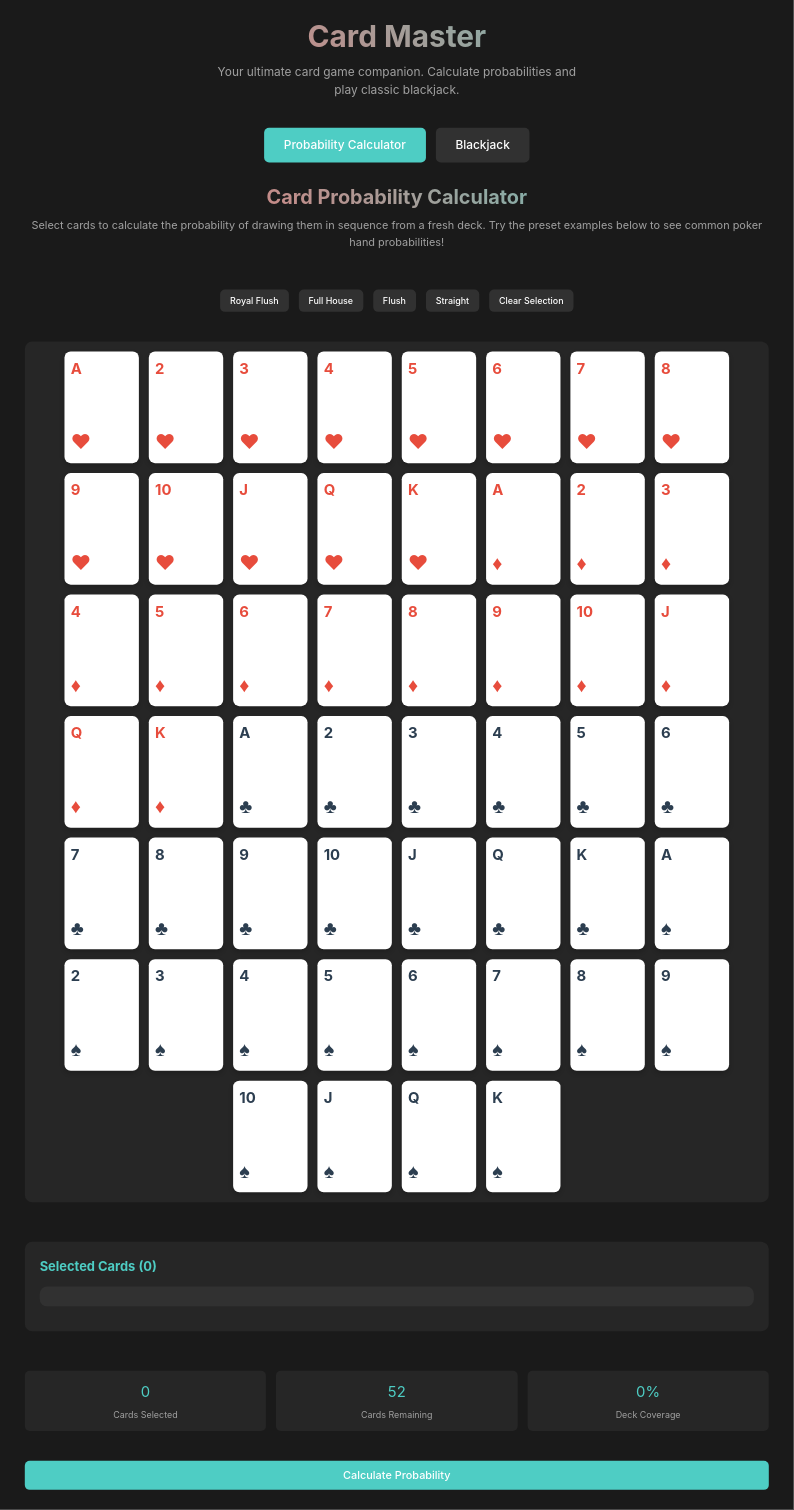
Repository: rohith1125/cards
Page: /
An editor plug-in stored every save of this project. The page is shown before and after the next save, followed by the edit.
The browser window is 1280 px wide. The pictures show the whole page, at 62% of full size.
The project was rebuilt for these pictures with package versions that can differ from the ones it lists, and the page was loaded fresh each time. Also part of the build but not shown: vite.config.ts, src/components/Blackjack.tsx.

Above is the page before, as saved 2025-05-19 20:30:51.

### index.html
<!doctype html>
<html lang="en">
  <head>
    <meta charset="UTF-8" />
    <link rel="icon" type="image/svg+xml" href="/vite.svg" />
    <meta name="viewport" content="width=device-width, initial-scale=1.0" />
    <title>Card Master</title>
  </head>
  <body>
    <div id="root"></div>
    <script type="module" src="/src/main.tsx"></script>
  </body>
</html>

### src/index.css
:root {
  font-family: Inter, system-ui, Avenir, Helvetica, Arial, sans-serif;
  line-height: 1.5;
  font-weight: 400;

  color-scheme: light dark;
  color: rgba(255, 255, 255, 0.87);
  background-color: #242424;

  font-synthesis: none;
  text-rendering: optimizeLegibility;
  -webkit-font-smoothing: antialiased;
  -moz-osx-font-smoothing: grayscale;
}

* {
  margin: 0;
  padding: 0;
  box-sizing: border-box;
}

body {
  margin: 0;
  min-width: 320px;
  min-height: 100vh;
}

#root {
  width: 100%;
  min-height: 100vh;
}

h1 {
  font-size: 3.2em;
  line-height: 1.1;
}

button {
  border-radius: 8px;
  border: 1px solid transparent;
  padding: 0.6em 1.2em;
  font-size: 1em;
  font-weight: 500;
  font-family: inherit;
  background-color: #1a1a1a;
  cursor: pointer;
  transition: border-color 0.25s;
}

button:hover {
  border-color: #646cff;
}

button:focus,
button:focus-visible {
  outline: 4px auto -webkit-focus-ring-color;
}

@media (prefers-color-scheme: light) {
  :root {
    color: #213547;
    background-color: #ffffff;
  }
  button {
    background-color: #f9f9f9;
  }
}

### src/App.tsx
import { useState } from 'react'
import styled from '@emotion/styled'
import { ProbabilityCalculator } from './components/ProbabilityCalculator'
import { Blackjack } from './components/Blackjack'

const Container = styled.div`
  min-height: 100vh;
  background: #1a1a1a;
  color: white;
  padding: 2rem;
`

const Header = styled.header`
  text-align: center;
  margin-bottom: 3rem;
`

const Title = styled.h1`
  font-size: 3rem;
  margin-bottom: 1rem;
  background: linear-gradient(45deg, #ff6b6b, #4ecdc4);
  -webkit-background-clip: text;
  -webkit-text-fill-color: transparent;
`

const Description = styled.p`
  color: #a0a0a0;
  font-size: 1.2rem;
  max-width: 600px;
  margin: 0 auto;
`

const Navigation = styled.nav`
  display: flex;
  justify-content: center;
  gap: 1rem;
  margin-bottom: 2rem;
`

const NavButton = styled.button<{ active: boolean }>`
  padding: 1rem 2rem;
  font-size: 1.2rem;
  border: none;
  border-radius: 8px;
  background: ${props => props.active ? '#4ecdc4' : 'rgba(255, 255, 255, 0.1)'};
  color: white;
  cursor: pointer;
  transition: all 0.3s ease;

  &:hover {
    background: ${props => props.active ? '#45b7af' : 'rgba(255, 255, 255, 0.2)'};
    transform: translateY(-2px);
  }

  &:active {
    transform: translateY(0);
  }
`

function App() {
  const [activePage, setActivePage] = useState<'calculator' | 'blackjack'>('calculator')

  return (
    <Container>
      <Header>
        <Title>Card Master</Title>
        <Description>
          Your ultimate card game companion. Calculate probabilities and play classic blackjack.
        </Description>
      </Header>

      <Navigation>
        <NavButton
          active={activePage === 'calculator'}
          onClick={() => setActivePage('calculator')}
        >
          Probability Calculator
        </NavButton>
        <NavButton
          active={activePage === 'blackjack'}
          onClick={() => setActivePage('blackjack')}
        >
          Blackjack
        </NavButton>
      </Navigation>

      {activePage === 'calculator' ? (
        <ProbabilityCalculator />
      ) : (
        <Blackjack />
      )}
    </Container>
  )
}

export default App

### src/components/ProbabilityCalculator.tsx
import { useState } from 'react'
import styled from '@emotion/styled'
import Card from './Card'
import type { CardData } from '../utils/deck'
import { createDeck, calculateProbability } from '../utils/deck'

const Container = styled.div`
  display: flex;
  flex-direction: column;
  gap: 2rem;
  max-width: 1200px;
  margin: 0 auto;
`

const Header = styled.div`
  text-align: center;
  margin-bottom: 1rem;
`

const Title = styled.h2`
  font-size: 2rem;
  margin-bottom: 0.5rem;
  background: linear-gradient(45deg, #ff6b6b, #4ecdc4);
  -webkit-background-clip: text;
  -webkit-text-fill-color: transparent;
`

const Description = styled.p`
  color: #a0a0a0;
  font-size: 1.1rem;
`

const CardSelection = styled.div`
  display: flex;
  flex-wrap: wrap;
  gap: 1rem;
  margin-bottom: 1rem;
  padding: 1rem;
  background: rgba(255, 255, 255, 0.05);
  border-radius: 12px;
  justify-content: center;
`

const SelectedCardsSection = styled.div`
  background: rgba(255, 255, 255, 0.05);
  padding: 1.5rem;
  border-radius: 12px;
  margin: 1rem 0;
`

const SectionTitle = styled.h3`
  color: #4ecdc4;
  margin-bottom: 1rem;
  font-size: 1.3rem;
`

const Result = styled.div<{ probability: number }>`
  font-size: 1.4rem;
  padding: 1.5rem;
  background: ${props => {
    const prob = props.probability;
    if (prob > 0.1) return 'rgba(46, 213, 115, 0.1)';
    if (prob > 0.01) return 'rgba(255, 171, 0, 0.1)';
    return 'rgba(255, 71, 87, 0.1)';
  }};
  border-radius: 12px;
  text-align: center;
  margin: 1rem 0;
  border: 1px solid ${props => {
    const prob = props.probability;
    if (prob > 0.1) return 'rgba(46, 213, 115, 0.3)';
    if (prob > 0.01) return 'rgba(255, 171, 0, 0.3)';
    return 'rgba(255, 71, 87, 0.3)';
  }};
`

const Button = styled.button`
  padding: 0.8rem 1.5rem;
  border: none;
  border-radius: 8px;
  background: #4ecdc4;
  color: white;
  cursor: pointer;
  transition: all 0.3s ease;
  font-size: 1.1rem;
  font-weight: 500;

  &:hover {
    background: #45b7af;
    transform: translateY(-2px);
  }

  &:active {
    transform: translateY(0);
  }
`

const PresetButtons = styled.div`
  display: flex;
  gap: 1rem;
  flex-wrap: wrap;
  margin: 1rem 0;
  justify-content: center;
`

const PresetButton = styled(Button)`
  background: rgba(255, 255, 255, 0.1);
  font-size: 0.9rem;
  padding: 0.6rem 1rem;

  &:hover {
    background: rgba(255, 255, 255, 0.2);
  }
`

const Stats = styled.div`
  display: grid;
  grid-template-columns: repeat(auto-fit, minmax(200px, 1fr));
  gap: 1rem;
  margin: 1rem 0;
`

const StatCard = styled.div`
  background: rgba(255, 255, 255, 0.05);
  padding: 1rem;
  border-radius: 8px;
  text-align: center;
`

const StatValue = styled.div`
  font-size: 1.5rem;
  color: #4ecdc4;
  margin-bottom: 0.5rem;
`

const StatLabel = styled.div`
  color: #a0a0a0;
  font-size: 0.9rem;
`

export const ProbabilityCalculator = () => {
  const [selectedCards, setSelectedCards] = useState<CardData[]>([])
  const [probability, setProbability] = useState<number | null>(null)
  const deck = createDeck()

  const handleCardClick = (card: CardData) => {
    if (selectedCards.some(c => c.suit === card.suit && c.value === card.value)) {
      setSelectedCards(selectedCards.filter(c => !(c.suit === card.suit && c.value === card.value)))
    } else {
      setSelectedCards([...selectedCards, card])
    }
  }

  const calculate = () => {
    const prob = calculateProbability(deck, selectedCards)
    setProbability(prob)
  }

  const clearSelection = () => {
    setSelectedCards([])
    setProbability(null)
  }

  const selectRoyalFlush = () => {
    const royalFlush = deck.filter(card =>
      card.suit === 'spades' &&
      ['A', 'K', 'Q', 'J', '10'].includes(card.value)
    )
    setSelectedCards(royalFlush)
  }

  const selectFullHouse = () => {
    const threeOfAKind = deck.filter(card => card.value === 'A').slice(0, 3)
    const pair = deck.filter(card => card.value === 'K').slice(0, 2)
    setSelectedCards([...threeOfAKind, ...pair])
  }

  const selectFlush = () => {
    const flush = deck.filter(card => card.suit === 'hearts').slice(0, 5)
    setSelectedCards(flush)
  }

  const selectStraight = () => {
    const straight = deck.filter(card =>
      ['A', 'K', 'Q', 'J', '10'].includes(card.value)
    ).slice(0, 5)
    setSelectedCards(straight)
  }

  return (
    <Container>
      <Header>
        <Title>Card Probability Calculator</Title>
        <Description>
          Select cards to calculate the probability of drawing them in sequence from a fresh deck.
          Try the preset examples below to see common poker hand probabilities!
        </Description>
      </Header>

      <PresetButtons>
        <PresetButton onClick={selectRoyalFlush}>Royal Flush</PresetButton>
        <PresetButton onClick={selectFullHouse}>Full House</PresetButton>
        <PresetButton onClick={selectFlush}>Flush</PresetButton>
        <PresetButton onClick={selectStraight}>Straight</PresetButton>
        <PresetButton onClick={clearSelection}>Clear Selection</PresetButton>
      </PresetButtons>

      <CardSelection>
        {deck.map((card, index) => (
          <Card
            key={`${card.suit}-${card.value}-${index}`}
            suit={card.suit}
            value={card.value}
            onClick={() => handleCardClick(card)}
          />
        ))}
      </CardSelection>

      <SelectedCardsSection>
        <SectionTitle>Selected Cards ({selectedCards.length})</SectionTitle>
        <CardSelection>
          {selectedCards.map((card, index) => (
            <Card
              key={`selected-${card.suit}-${card.value}-${index}`}
              suit={card.suit}
              value={card.value}
            />
          ))}
        </CardSelection>
      </SelectedCardsSection>

      <Stats>
        <StatCard>
          <StatValue>{selectedCards.length}</StatValue>
          <StatLabel>Cards Selected</StatLabel>
        </StatCard>
        <StatCard>
          <StatValue>{52 - selectedCards.length}</StatValue>
          <StatLabel>Cards Remaining</StatLabel>
        </StatCard>
        <StatCard>
          <StatValue>
            {selectedCards.length > 0
              ? ((selectedCards.length / 52) * 100).toFixed(1)
              : '0'}%
          </StatValue>
          <StatLabel>Deck Coverage</StatLabel>
        </StatCard>
      </Stats>

      <Button onClick={calculate}>Calculate Probability</Button>

      {probability !== null && (
        <Result probability={probability}>
          <div>Probability of drawing these cards:</div>
          <div style={{ fontSize: '2rem', marginTop: '0.5rem' }}>
            {(probability * 100).toFixed(8)}%
          </div>
          <div style={{ fontSize: '1rem', marginTop: '0.5rem', color: '#a0a0a0' }}>
            1 in {Math.round(1 / probability).toLocaleString()} chance
          </div>
        </Result>
      )}
    </Container>
  )
}

### src/components/Card.tsx
import styled from '@emotion/styled'
import { motion } from 'framer-motion'

export type Suit = 'hearts' | 'diamonds' | 'clubs' | 'spades'
export type Value = 'A' | '2' | '3' | '4' | '5' | '6' | '7' | '8' | '9' | '10' | 'J' | 'Q' | 'K'

export interface CardProps {
  suit: Suit
  value: Value
  faceUp?: boolean
  onClick?: () => void
}

const CardContainer = styled(motion.div)<{ faceUp: boolean }>`
  width: 120px;
  height: 180px;
  background: ${props => props.faceUp ? 'white' : '#2c3e50'};
  border-radius: 10px;
  padding: 10px;
  box-shadow: 0 4px 8px rgba(0, 0, 0, 0.2);
  cursor: pointer;
  position: relative;
  display: flex;
  flex-direction: column;
  justify-content: space-between;
  user-select: none;
`

const CardValue = styled.div<{ suit: Suit }>`
  font-size: 1.5rem;
  font-weight: bold;
  color: ${props => props.suit === 'hearts' || props.suit === 'diamonds' ? '#e74c3c' : '#2c3e50'};
`

const CardSuit = styled.div<{ suit: Suit }>`
  font-size: 2rem;
  color: ${props => props.suit === 'hearts' || props.suit === 'diamonds' ? '#e74c3c' : '#2c3e50'};
`

const getSuitSymbol = (suit: Suit): string => {
  switch (suit) {
    case 'hearts': return '♥'
    case 'diamonds': return '♦'
    case 'clubs': return '♣'
    case 'spades': return '♠'
  }
}

const Card = ({ suit, value, faceUp = true, onClick }: CardProps) => {
  return (
    <CardContainer
      faceUp={faceUp}
      onClick={onClick}
      whileHover={{ scale: 1.05 }}
      whileTap={{ scale: 0.95 }}
    >
      {faceUp ? (
        <>
          <CardValue suit={suit}>{value}</CardValue>
          <CardSuit suit={suit}>{getSuitSymbol(suit)}</CardSuit>
        </>
      ) : (
        <div style={{
          background: 'linear-gradient(45deg, #2c3e50, #34495e)',
          width: '100%',
          height: '100%',
          borderRadius: '5px'
        }} />
      )}
    </CardContainer>
  )
}

export default Card

### src/utils/deck.ts
import type { Suit, Value } from '../components/Card'

// Card data interface for representing a playing card
export type CardData = {
  suit: Suit
  value: Value
}

const SUITS: Suit[] = ['hearts', 'diamonds', 'clubs', 'spades']
const VALUES: Value[] = ['A', '2', '3', '4', '5', '6', '7', '8', '9', '10', 'J', 'Q', 'K']

export const createDeck = (): CardData[] => {
  const deck: CardData[] = []
  for (const suit of SUITS) {
    for (const value of VALUES) {
      deck.push({ suit, value })
    }
  }
  return deck
}

export const shuffleDeck = (deck: CardData[]): CardData[] => {
  const shuffled = [...deck]
  for (let i = shuffled.length - 1; i > 0; i--) {
    const j = Math.floor(Math.random() * (i + 1))
    ;[shuffled[i], shuffled[j]] = [shuffled[j], shuffled[i]]
  }
  return shuffled
}

export const dealCards = (deck: CardData[], numPlayers: number, cardsPerPlayer: number): CardData[][] => {
  const hands: CardData[][] = Array(numPlayers).fill(null).map(() => [])
  const shuffledDeck = shuffleDeck(deck)

  for (let i = 0; i < cardsPerPlayer; i++) {
    for (let j = 0; j < numPlayers; j++) {
      if (shuffledDeck.length > 0) {
        hands[j].push(shuffledDeck.pop()!)
      }
    }
  }

  return hands
}

export const calculateProbability = (deck: CardData[], targetCards: CardData[]): number => {
  const remainingCards = deck.length
  const targetCount = targetCards.length

  if (targetCount > remainingCards) return 0

  let probability = 1
  for (let i = 0; i < targetCount; i++) {
    probability *= (targetCount - i) / (remainingCards - i)
  }

  return probability
}

Loaded but not shown: src/main.tsx (common file)

After the next save:
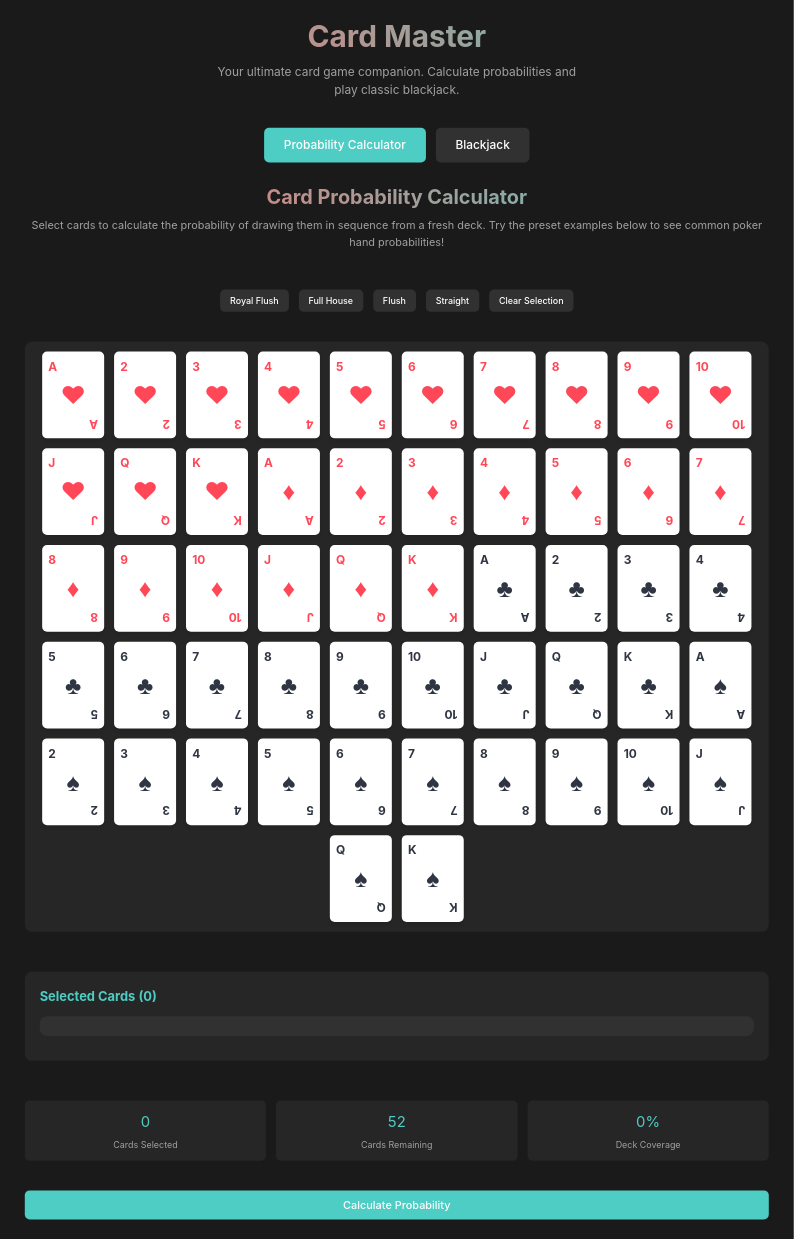
Saved 14 s later.
--- a/src/components/Card.tsx
+++ b/src/components/Card.tsx
@@ -1,5 +1,4 @@
 import styled from '@emotion/styled'
-import { motion } from 'framer-motion'
 
 export type Suit = 'hearts' | 'diamonds' | 'clubs' | 'spades'
 export type Value = 'A' | '2' | '3' | '4' | '5' | '6' | '7' | '8' | '9' | '10' | 'J' | 'Q' | 'K'
@@ -7,66 +6,79 @@ export type Value = 'A' | '2' | '3' | '4' | '5' | '6' | '7' | '8' | '9' | '10' |
 export interface CardProps {
   suit: Suit
   value: Value
-  faceUp?: boolean
   onClick?: () => void
+  hidden?: boolean
 }
 
-const CardContainer = styled(motion.div)<{ faceUp: boolean }>`
-  width: 120px;
-  height: 180px;
-  background: ${props => props.faceUp ? 'white' : '#2c3e50'};
-  border-radius: 10px;
+const CardContainer = styled.div<{ suit: Suit; hidden?: boolean }>`
+  width: 100px;
+  height: 140px;
+  background: ${props => props.hidden ? '#2a2a2a' : 'white'};
+  border-radius: 8px;
   padding: 10px;
-  box-shadow: 0 4px 8px rgba(0, 0, 0, 0.2);
-  cursor: pointer;
-  position: relative;
   display: flex;
   flex-direction: column;
   justify-content: space-between;
-  user-select: none;
+  color: ${props => {
+    if (props.hidden) return 'transparent';
+    return props.suit === 'hearts' || props.suit === 'diamonds' ? '#ff4757' : '#2f3542';
+  }};
+  cursor: ${props => props.onClick ? 'pointer' : 'default'};
+  transition: transform 0.2s ease;
+  box-shadow: 0 4px 6px rgba(0, 0, 0, 0.1);
+  position: relative;
+  overflow: hidden;
+
+  &:hover {
+    transform: ${props => props.onClick ? 'translateY(-5px)' : 'none'};
+  }
+
+  &::before {
+    content: '';
+    position: absolute;
+    top: 0;
+    left: 0;
+    right: 0;
+    bottom: 0;
+    background: ${props => props.hidden ? 'repeating-linear-gradient(45deg, #2a2a2a, #2a2a2a 10px, #333 10px, #333 20px)' : 'none'};
+    border-radius: 8px;
+  }
 `
 
-const CardValue = styled.div<{ suit: Suit }>`
-  font-size: 1.5rem;
+const TopValue = styled.div`
+  font-size: 1.2rem;
   font-weight: bold;
-  color: ${props => props.suit === 'hearts' || props.suit === 'diamonds' ? '#e74c3c' : '#2c3e50'};
 `
 
-const CardSuit = styled.div<{ suit: Suit }>`
-  font-size: 2rem;
-  color: ${props => props.suit === 'hearts' || props.suit === 'diamonds' ? '#e74c3c' : '#2c3e50'};
+const CenterSuit = styled.div`
+  font-size: 2.5rem;
+  display: flex;
+  justify-content: center;
+  align-items: center;
+  flex-grow: 1;
 `
 
-const getSuitSymbol = (suit: Suit): string => {
-  switch (suit) {
-    case 'hearts': return '♥'
-    case 'diamonds': return '♦'
-    case 'clubs': return '♣'
-    case 'spades': return '♠'
+const BottomValue = styled.div`
+  font-size: 1.2rem;
+  font-weight: bold;
+  transform: rotate(180deg);
+`
+
+const Card = ({ suit, value, onClick, hidden }: CardProps) => {
+  const getSuitSymbol = (suit: Suit) => {
+    switch (suit) {
+      case 'hearts': return '♥'
+      case 'diamonds': return '♦'
+      case 'clubs': return '♣'
+      case 'spades': return '♠'
+    }
   }
-}
 
-const Card = ({ suit, value, faceUp = true, onClick }: CardProps) => {
   return (
-    <CardContainer
-      faceUp={faceUp}
-      onClick={onClick}
-      whileHover={{ scale: 1.05 }}
-      whileTap={{ scale: 0.95 }}
-    >
-      {faceUp ? (
-        <>
-          <CardValue suit={suit}>{value}</CardValue>
-          <CardSuit suit={suit}>{getSuitSymbol(suit)}</CardSuit>
-        </>
-      ) : (
-        <div style={{
-          background: 'linear-gradient(45deg, #2c3e50, #34495e)',
-          width: '100%',
-          height: '100%',
-          borderRadius: '5px'
-        }} />
-      )}
+    <CardContainer suit={suit} onClick={onClick} hidden={hidden}>
+      <TopValue>{hidden ? '?' : value}</TopValue>
+      <CenterSuit>{hidden ? '?' : getSuitSymbol(suit)}</CenterSuit>
+      <BottomValue>{hidden ? '?' : value}</BottomValue>
     </CardContainer>
   )
 }
